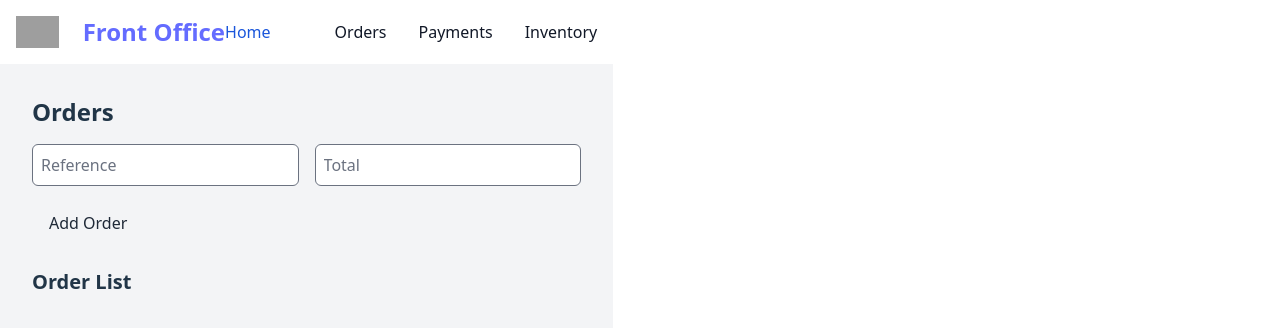
Repository: ib-entreprise/projet-micro-service
Page: /orders (app in front-office/)
The author's editor kept a copy of each file at every save. The page is drawn from the files as they stood at one save, then again after the next save.
The browser window is 1280 px wide. The pictures show the whole page.
Pictures or frames that could not be fetched are drawn as grey boxes. The page's requests for data from a server got no answer. Some web libraries are served in a nearby version. The project was rebuilt for these pictures with package versions that can differ from the ones it lists, and the page was loaded fresh each time. No one was signed in, and anything a server would have sent is missing. Also part of the build but not shown: front-office/vite.config.ts.

Above is the page before, as saved 2025-03-19 12:30:25.

### front-office/index.html
<!doctype html>
<html lang="en">
  <head>
    <meta charset="UTF-8" />
    <link rel="icon" type="image/svg+xml" href="/vite.svg" />
    <meta name="viewport" content="width=device-width, initial-scale=1.0" />
    <title>Vite + React + TS</title>
    <script src="https://cdn.jsdelivr.net/npm/@tailwindcss/browser@4"></script>
    <link href="https://cdn.jsdelivr.net/npm/flowbite@3.1.2/dist/flowbite.min.css" rel="stylesheet" />


  </head>
  <body>
    <div id="root"></div>
    <script type="module" src="/src/main.tsx"></script>
    <script src="https://cdn.jsdelivr.net/npm/flowbite@3.1.2/dist/flowbite.min.js"></script>

  </body>
</html>

### front-office/src/App.tsx
import 'flowbite';
import React from 'react';
import { BrowserRouter as Router, Routes, Route } from 'react-router-dom';
import Navbar from './components/Navbar';
import Orders from './components/Orders';

// Pages simples pour les autres routes
const Home = () => <h2>Home Page</h2>;
const Payments = () => <h2>Payments Page</h2>;
const Inventory = () => <h2>Inventory Page</h2>;

function App() {
  return (
    <Router>
      <div className="bg-gray-100 min-h-screen">
        {/* Navbar */}
        <Navbar />

        {/* Contenu principal */}
        <main className="container mx-auto p-4">
          <Routes>
            <Route path="/" element={<Home />} />
            <Route path="/orders" element={<Orders />} />
            <Route path="/payments" element={<Payments />} />
            <Route path="/inventory" element={<Inventory />} />
          </Routes>
        </main>
      </div>
    </Router>
  );
}

export default App;

### front-office/src/components/Navbar.tsx
export default function Nav() {
  return (
    <nav className="bg-white border-gray-200 dark:bg-gray-900">
  <div className="max-w-screen-xl flex flex-wrap items-center justify-between mx-auto p-4">
    <a href="/" className="flex items-center space-x-3 rtl:space-x-reverse">
      <img src="https://flowbite.com/docs/images/logo.svg" className="h-8" alt="Flowbite Logo" />
      <span className="self-center text-2xl font-semibold whitespace-nowrap dark:text-white">Front Office</span>
    </a>
    <button
      data-collapse-toggle="navbar-default"
      type="button"
      className="inline-flex items-center p-2 w-10 h-10 justify-center text-sm text-gray-500 rounded-lg md:hidden hover:bg-gray-100 focus:outline-none focus:ring-2 focus:ring-gray-200 dark:text-gray-400 dark:hover:bg-gray-700 dark:focus:ring-gray-600"
      aria-controls="navbar-default"
      aria-expanded="false"
    >
      <span className="sr-only">Open main menu</span>
      <svg
        className="w-5 h-5"
        aria-hidden="true"
        xmlns="http://www.w3.org/2000/svg"
        fill="none"
        viewBox="0 0 17 14"
      >
        <path
          stroke="currentColor"
          strokeLinecap="round"
          strokeLinejoin="round"
          strokeWidth="2"
          d="M1 1h15M1 7h15M1 13h15"
        />
      </svg>
    </button>
    <div className="hidden w-full md:block md:w-auto" id="navbar-default">
      <ul className="font-medium flex flex-col p-4 md:p-0 mt-4 border border-gray-100 rounded-lg bg-gray-50 md:flex-row md:space-x-8 rtl:space-x-reverse md:mt-0 md:border-0 md:bg-white dark:bg-gray-800 md:dark:bg-gray-900 dark:border-gray-700">
        <li>
          <a
            href="/"
            className="block py-2 px-3 text-white bg-blue-700 rounded-sm md:bg-transparent md:text-blue-700 md:p-0 dark:text-white md:dark:text-blue-500"
            aria-current="page"
          >
            Home
          </a>
        </li>
        <li>
          <a
            href="/orders"
            className="block py-2 px-3 text-gray-900 rounded-sm hover:bg-gray-100 md:hover:bg-transparent md:border-0 md:hover:text-blue-700 md:p-0 dark:text-white md:dark:hover:text-blue-500 dark:hover:bg-gray-700 dark:hover:text-white md:dark:hover:bg-transparent"
          >
            Orders
          </a>
        </li>
        <li>
          <a
            href="/payments"
            className="block py-2 px-3 text-gray-900 rounded-sm hover:bg-gray-100 md:hover:bg-transparent md:border-0 md:hover:text-blue-700 md:p-0 dark:text-white md:dark:hover:text-blue-500 dark:hover:bg-gray-700 dark:hover:text-white md:dark:hover:bg-transparent"
          >
            Payments
          </a>
        </li>
        <li>
          <a
            href="/inventory"
            className="block py-2 px-3 text-gray-900 rounded-sm hover:bg-gray-100 md:hover:bg-transparent md:border-0 md:hover:text-blue-700 md:p-0 dark:text-white md:dark:hover:text-blue-500 dark:hover:bg-gray-700 dark:hover:text-white md:dark:hover:bg-transparent"
          >
            Inventory
          </a>
        </li>
      </ul>
    </div>
  </div>
</nav>
  );
}

### front-office/src/components/Orders.tsx
import React, { useState, useEffect } from 'react';

const Orders = () => {
  const [orders, setOrders] = useState([]);
  const [newOrder, setNewOrder] = useState({ ref: '', total: '' });

  // Simuler une API pour récupérer et ajouter des commandes
  useEffect(() => {
    const fetchOrders = async () => {
      try {
        const response = await fetch('http://localhost:3000/orders'); // Remplacez par l'URL de votre API
        const data = await response.json();
        setOrders(data);
      } catch (error) {
        console.error('Error fetching orders:', error);
      }
    };
    fetchOrders();
  }, []);

  const handleAddOrder = async (e) => {
    e.preventDefault();
    try {
      const response = await fetch('http://localhost:3000/orders', {
        method: 'POST',
        headers: { 'Content-Type': 'application/json' },
        body: JSON.stringify(newOrder),
      });
      const data = await response.json();
      setOrders([...orders, data]);
      setNewOrder({ ref: '', total: '' });
    } catch (error) {
      console.error('Error adding order:', error);
    }
  };

  return (
    <div className="container mx-auto p-4">
      <h1 className="text-2xl font-bold mb-4">Orders</h1>

      {/* Formulaire pour ajouter une commande */}
      <form onSubmit={handleAddOrder} className="mb-6">
        <div className="grid grid-cols-1 md:grid-cols-2 gap-4">
          <input
            type="text"
            placeholder="Reference"
            value={newOrder.ref}
            onChange={(e) => setNewOrder({ ...newOrder, ref: e.target.value })}
            className="p-2 border rounded-md w-full"
            required
          />
          <input
            type="number"
            placeholder="Total"
            value={newOrder.total}
            onChange={(e) => setNewOrder({ ...newOrder, total: e.target.value })}
            className="p-2 border rounded-md w-full"
            required
          />
        </div>
        <button
          type="submit"
          className="mt-4 px-4 py-2 bg-black text-gray-800 rounded-md hover:bg-gray-800 transition duration-300"
        >
          Add Order
        </button>
      </form>

      {/* Liste des commandes */}
      <div>
        <h2 className="text-xl font-semibold mb-2">Order List</h2>
        <ul className="space-y-2">
          {orders.map((order) => (
            <li
              key={order.id}
              className="p-3 bg-gray-100 rounded-md flex justify-between items-center"
            >
              <div>
                <strong>{order.ref}</strong> - ${order.total}
              </div>
              <button
                onClick={() => {
                  setOrders(orders.filter((o) => o.id !== order.id));
                }}
                className="px-4 py-2 bg-black text-gray-800 rounded-md hover:bg-gray-800 transition duration-300"
              >
                Delete
              </button>
            </li>
          ))}
        </ul>
      </div>
    </div>
  );
};

export default Orders;

Loaded but not shown: front-office/src/main.tsx (common file); front-office/src/index.css (common file)

After the next save:
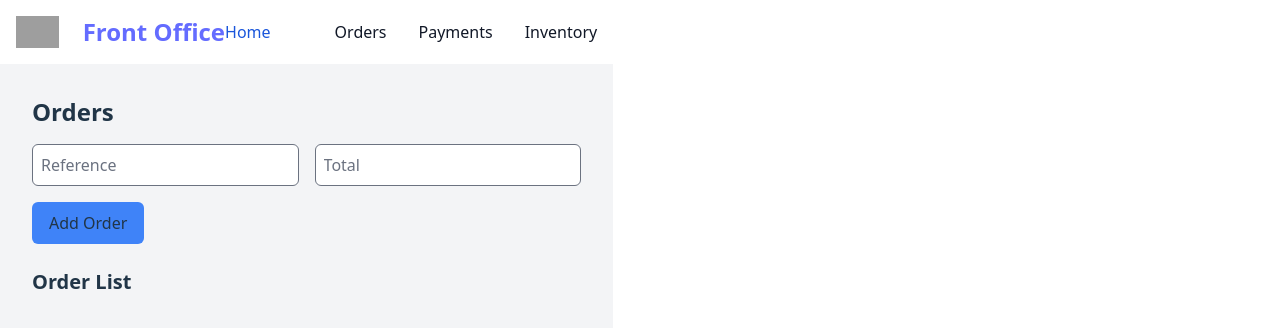
Saved 5 min 22 s later.
--- a/front-office/src/components/Orders.tsx
+++ b/front-office/src/components/Orders.tsx
@@ -4,11 +4,11 @@ const Orders = () => {
   const [orders, setOrders] = useState([]);
   const [newOrder, setNewOrder] = useState({ ref: '', total: '' });
 
-  // Simuler une API pour récupérer et ajouter des commandes
+  // Récupérer les commandes via le gateway
   useEffect(() => {
     const fetchOrders = async () => {
       try {
-        const response = await fetch('http://localhost:3000/orders'); // Remplacez par l'URL de votre API
+        const response = await fetch('http://localhost:9091/api/o/orders'); // Via le gateway
         const data = await response.json();
         setOrders(data);
       } catch (error) {
@@ -18,10 +18,11 @@ const Orders = () => {
     fetchOrders();
   }, []);
 
+  // Ajouter une nouvelle commande via le gateway
   const handleAddOrder = async (e) => {
     e.preventDefault();
     try {
-      const response = await fetch('http://localhost:3000/orders', {
+      const response = await fetch('http://localhost:9091/api/o/orders', {
         method: 'POST',
         headers: { 'Content-Type': 'application/json' },
         body: JSON.stringify(newOrder),
@@ -31,6 +32,18 @@ const Orders = () => {
       setNewOrder({ ref: '', total: '' });
     } catch (error) {
       console.error('Error adding order:', error);
+    }
+  };
+
+  // Supprimer une commande via le gateway
+  const handleDeleteOrder = async (id) => {
+    try {
+      await fetch(`http://localhost:9091/api/o/orders/${id}`, {
+        method: 'DELETE',
+      });
+      setOrders(orders.filter((order) => order.id !== id));
+    } catch (error) {
+      console.error('Error deleting order:', error);
     }
   };
 
@@ -60,7 +73,7 @@ const Orders = () => {
         </div>
         <button
           type="submit"
-          className="mt-4 px-4 py-2 bg-black text-gray-800 rounded-md hover:bg-gray-800 transition duration-300"
+          className="mt-4 px-4 py-2 bg-blue-500 text-black rounded-md hover:bg-blue-600 transition duration-300"
         >
           Add Order
         </button>
@@ -79,10 +92,8 @@ const Orders = () => {
                 <strong>{order.ref}</strong> - ${order.total}
               </div>
               <button
-                onClick={() => {
-                  setOrders(orders.filter((o) => o.id !== order.id));
-                }}
-                className="px-4 py-2 bg-black text-gray-800 rounded-md hover:bg-gray-800 transition duration-300"
+                onClick={() => handleDeleteOrder(order.id)}
+                className="px-4 py-2 bg-blue-500 text-black rounded-md hover:bg-blue-600 transition duration-300"
               >
                 Delete
               </button>
